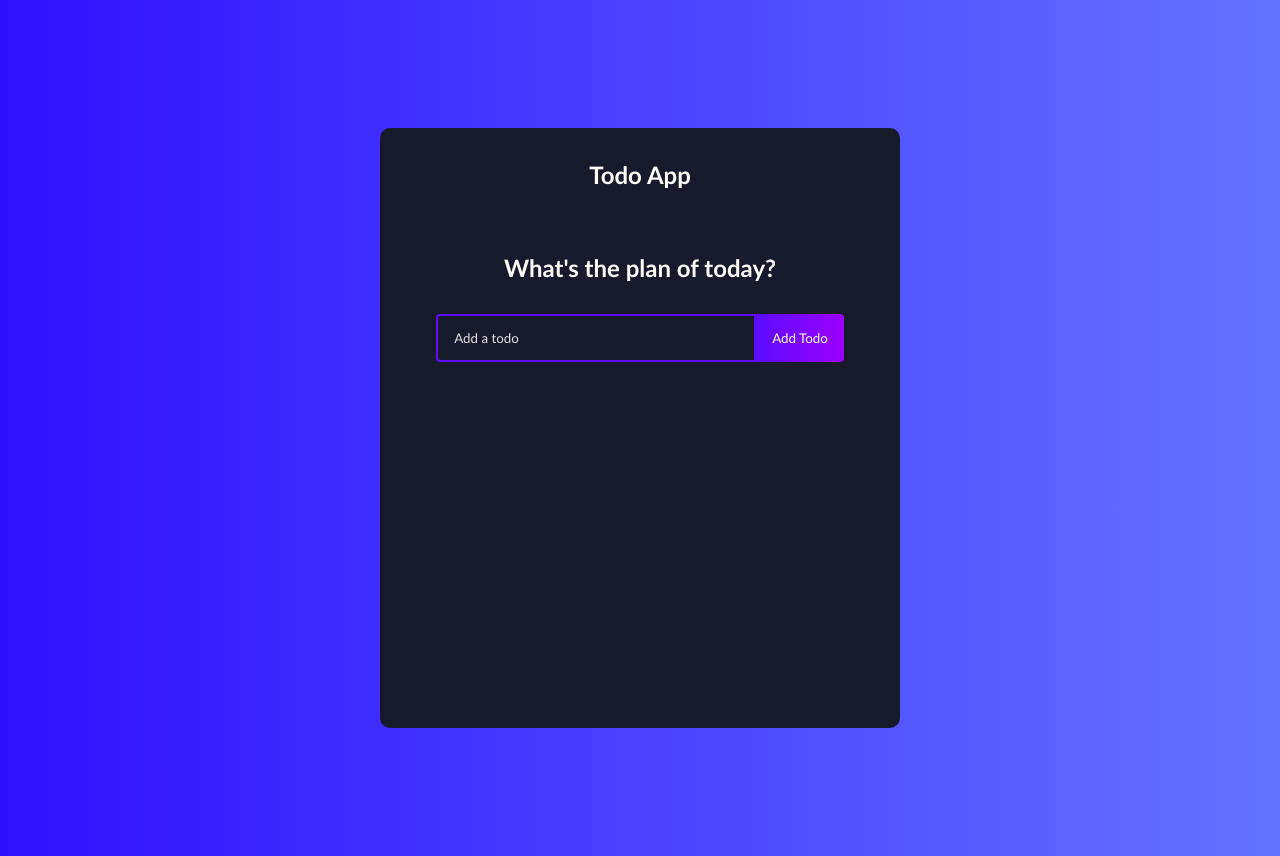
Repository: qqharry21/react-todo-app-v1
Page: /
An editor plug-in stored every save of this project. The page is shown before and after the next save, followed by the edit.
The browser window is 1280 px wide. The pictures show the whole page.
The project was rebuilt for these pictures with package versions that can differ from the ones it lists, and the page was loaded fresh each time. Also part of the build but not shown: src/components/Todo.js.

Above is the page before, as saved 2021-12-25 16:57:38.

### src/index.js
/** @format */

import React from 'react';
import ReactDOM from 'react-dom';

import App from './App';

ReactDOM.render(
  <React.StrictMode>
    <App />
  </React.StrictMode>,
  document.getElementById('root')
);

### src/App.js
/** @format */

import './App.css';
import TodoList from './components/TodoList';

function App() {
  return (
    <div className='todo-app'>
      <h1>Todo App</h1>
      <TodoList />
    </div>
  );
}

export default App;

### src/App.css
/** @format */

* {
  box-sizing: border-box;
  margin: 0;
  padding: 0;
  font-family: 'Trebuchet MS', 'Lucida Sans Unicode', 'Lucida Grande', 'Lucida Sans', Arial,
    sans-serif;
}

body {
  background: linear-gradient(90deg, rgba(48, 16, 255, 1) 0%, rgba(100, 115, 255, 1) 100%);
}
.todo-app {
  display: flex;
  flex-direction: column;
  justify-content: start;
  width: 520px;
  min-height: 600px;
  background: #161a2b;
  text-align: center;
  margin: 128px auto;
  border-radius: 10px;
  padding-bottom: 32px;
}

h1 {
  margin: 32px 0;
  color: #fff;
  font-size: 24px;
}

.complete {
  text-decoration: line-through;
  opacity: 0.4;
}

.todo-form {
  margin-bottom: 32px;
}

.todo-input {
  padding: 14px 32px 14px 16px;
  border-radius: 4px 0 0 4px;
  border: 2px solid #5d0cff;
  outline: none;
  width: 320px;
  background: transparent;
  color: #fff;
}

.todo-input::placeholder {
  color: #e2e2e2;
}

.todo-button {
  padding: 16px;
  border: none;
  border-radius: 0 4px 4px 0;
  cursor: pointer;
  outline: none;
  background: linear-gradient(90deg, rgba(93, 12, 255, 1) 0%, rgba(155, 0, 250, 1) 100%);
  color: #fff;
  text-transform: capitalize;
}

.todo-input.edit {
  border: 2px solid #149fff;
}

.todo-button.edit {
  background: linear-gradient(90deg, rgba(20, 159, 255, 1) 0%, rgba(17, 122, 255, 1) 100%);
  padding: 16px 22px;
}

.todo-container {
  display: flex;
  flex-direction: row;
  position: relative;
}

.todo-row {
  display: flex;
  justify-content: space-between;
  align-items: center;
  margin: 4px auto;
  color: #fff;
  background: linear-gradient(90deg, rgba(255, 118, 20, 1) 0%, rgba(255, 84, 17, 1) 100%);

  padding: 16px;
  border-radius: 5px;
  width: 90%;
}

.todo-row:nth-child(4n + 1) {
  background: linear-gradient(90deg, rgba(93, 12, 255, 1) 0%, rgba(155, 0, 250, 1) 100%);
}

.todo-row:nth-child(4n + 2) {
  background: linear-gradient(90deg, rgba(255, 12, 241, 1) 0%, rgba(250, 0, 135, 1) 100%);
}

.todo-row:nth-child(4n + 3) {
  background: linear-gradient(90deg, rgba(20, 159, 255, 1) 0%, rgba(17, 122, 255, 1) 100%);
}

.icons {
  display: flex;
  align-items: center;
  font-size: 24px;
  cursor: pointer;
}

.delete-icon {
  margin-right: 5px;
  color: #fff;
}

.edit-icon {
  color: #fff;
}

### src/components/TodoList.js
/** @format */

import React, { useState } from 'react';
import TodoForm from './TodoForm';
import Todo from './Todo';
function TodoList() {
  const [todos, setTodos] = useState([]);

  // 新增 todo
  const addTodo = todo => {
    if (!todo.text || /^\s$/.test(todo.text)) {
      return;
    }
    const newTodos = [todo, ...todos];

    setTodos(newTodos);
    // console.log('todos', todo, ...todos);
  };

  // 更改 todo 狀態
  const completeTodo = id => {
    let updateTodo = todos.map(todo => {
      if (todo.id === id) {
        todo.isComplete = !todo.isComplete;
      }
      return todo;
    });
    setTodos(updateTodo);
  };

  // 移除 todo
  const removeTodo = id => {
    let removeArray = todos.filter(todo => todo.id !== id);
    setTodos(removeArray);
  };

  // 編輯 todo
  const editTodo = (id, newValue) => {
    if (!newValue || /^\s$/.test(newValue)) {
      return;
    }
    setTodos(prevState => prevState.map(todo => (todo.id === id ? newValue : todo.text)));
  };

  return (
    <div>
      <h1>What's the plan of today?</h1>
      <TodoForm onSubmit={addTodo} />
      <Todo todos={todos} completeTodo={completeTodo} removeTodo={removeTodo} editTodo={editTodo} />
    </div>
  );
}

export default TodoList;

### src/components/TodoForm.js
/** @format */

import React, { useState, useEffect, useRef } from 'react';

function TodoForm({ onSubmit, edit }) {
  const [input, setInput] = useState(edit ? edit.value : '');

  const inputRef = useRef(null);

  useEffect(() => {
    inputRef.current.focus();
  }, []);

  const handleInput = e => {
    setInput(e.target.value);
  };

  const handleSubmit = e => {
    e.preventDefault();
    onSubmit({ id: Math.floor(Math.random() * 100), text: input, isComplete: false });
    setInput('');
  };

  return (
    <form action='' className='todo-form' onSubmit={handleSubmit}>
      {edit ? (
        <>
          <input
            type='text'
            className='todo-input edit'
            placeholder='Update this todo'
            name='text'
            value={input}
            onChange={handleInput}
            ref={inputRef}
          />
          <button className='todo-button'>Update</button>
        </>
      ) : (
        <>
          <input
            type='text'
            className='todo-input'
            placeholder='Add a todo'
            name='text'
            value={input}
            onChange={handleInput}
            ref={inputRef}
          />
          <button className='todo-button'>Add todo</button>
        </>
      )}
    </form>
  );
}

export default TodoForm;

Loaded but not shown: public/index.html (common file)

After the next save:
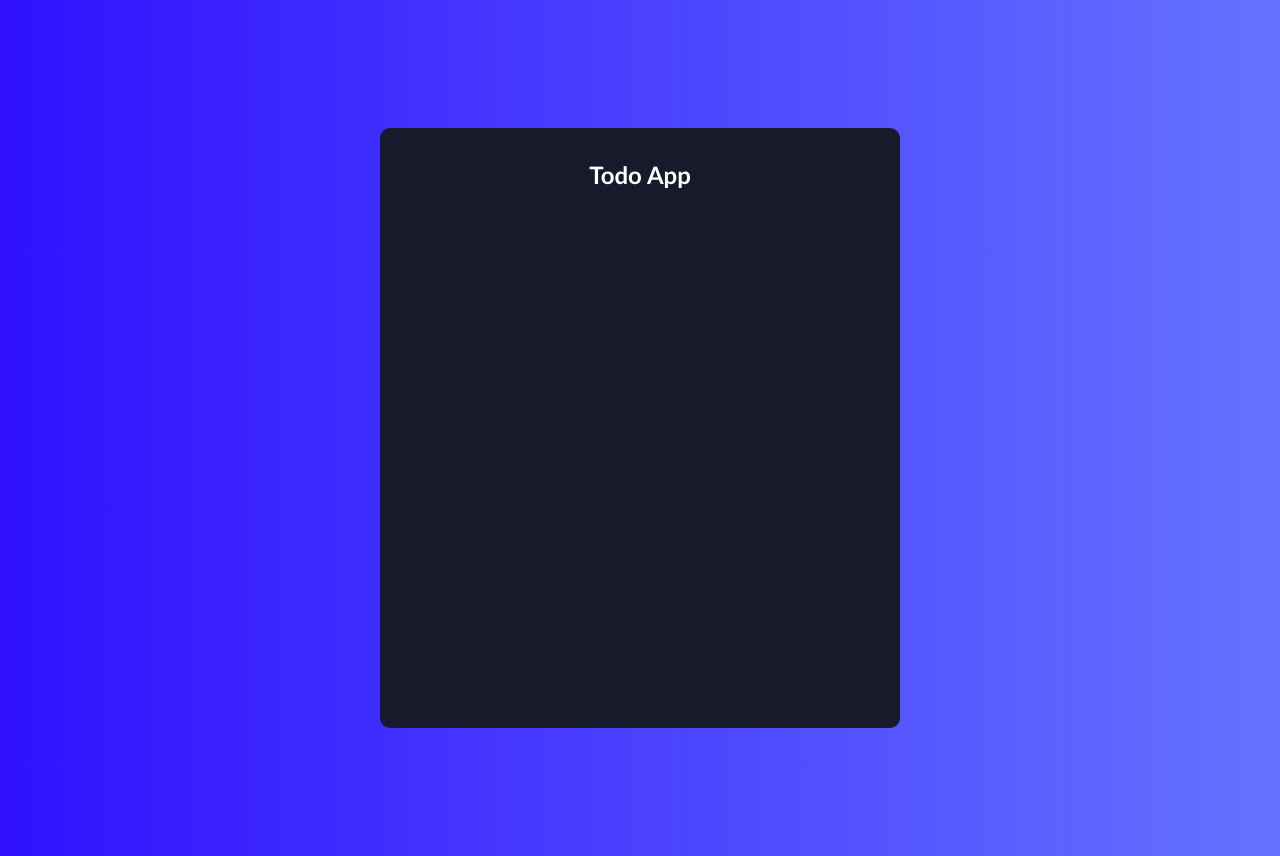
Saved 32 s later.
--- a/src/App.js
+++ b/src/App.js
@@ -7,7 +7,7 @@ function App() {
   return (
     <div className='todo-app'>
       <h1>Todo App</h1>
-      <TodoList />
+      {/* <TodoList /> */}
     </div>
   );
 }
